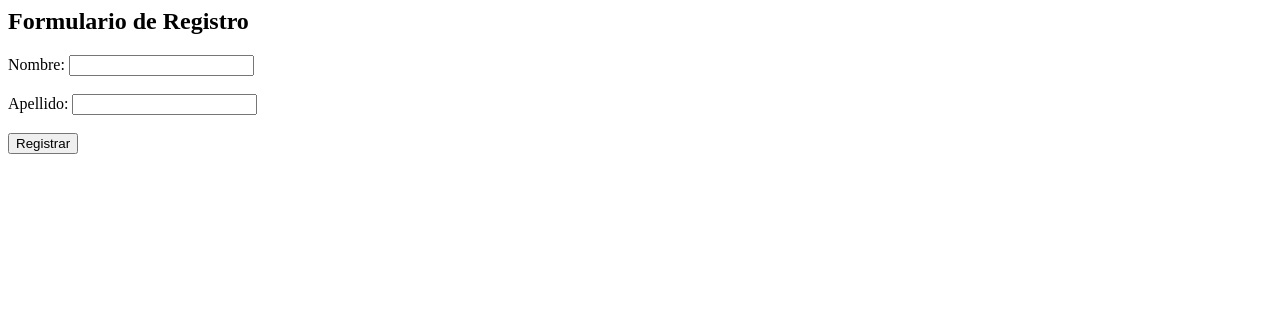
Repository: jchemile/varios
Page: http://localhost/Primeros_pasos_JSP/Registro-Personas.jsp
These files come from the project's save history. The page is drawn as it stood at one moment and after a run of saves; the edit follows.
The browser window is 1280 px wide. The pictures show the whole page.
The page is served by Tomcat 9.

Above is the page before, as saved 2020-04-19 22:53:11.

After the next 2 saves:
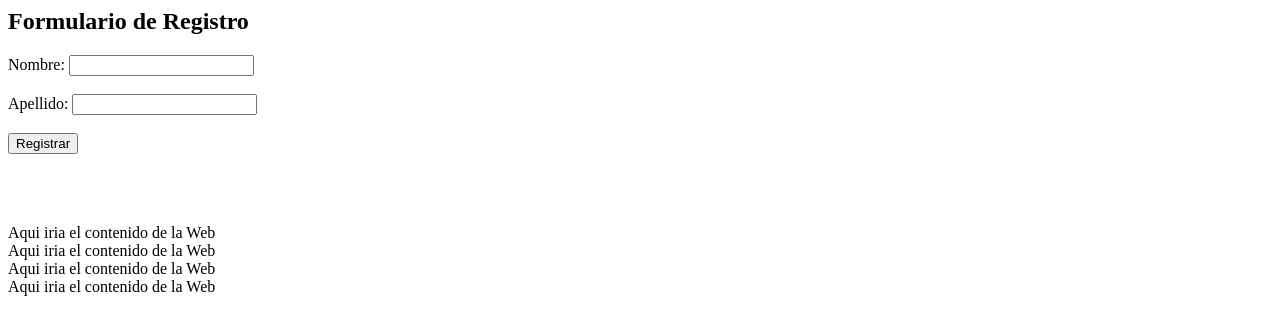
The 2 saves are shown as one change because they came seconds apart.
The last was saved 39 s later.
--- a/pildoras_informaticas/javaee/Primeros_pasos_JSP/WebContent/Registro-Personas.jsp
+++ b/pildoras_informaticas/javaee/Primeros_pasos_JSP/WebContent/Registro-Personas.jsp
@@ -2,7 +2,15 @@
 
 <body>
 
-<jsp:include page="Formulario-Registro.html"></jsp:include>
+<jsp:include page="Formulario-Registro.html"></jsp:include><br><br><br>
+
+Aqui iria el contenido de la Web <br>
+
+Aqui iria el contenido de la Web <br>
+
+Aqui iria el contenido de la Web <br>
+Aqui iria el contenido de la Web <br>
+
 
 </body>
 </html>
